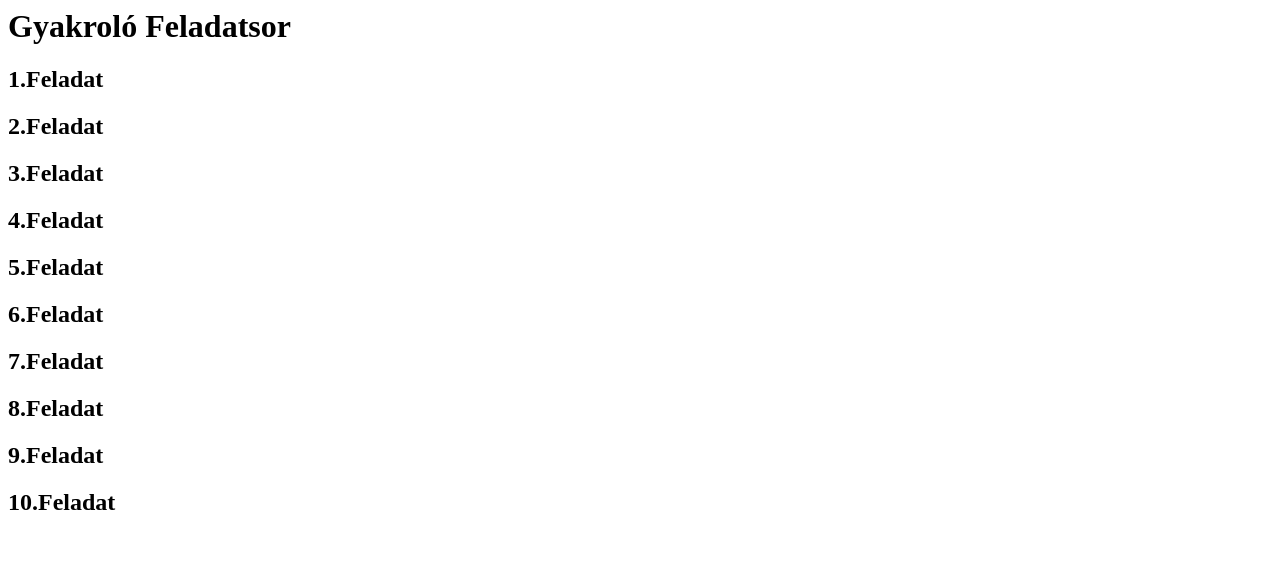
Repository: doomhyena/htdocs
Page: http://localhost/00.Home/02.masodikresz.php
The author's editor kept a copy of each file at every save. The page is drawn from the files as they stood at one save, then again after the next save.
The browser window is 1280 px wide. The pictures show the whole page.
The page is run by PHP 8.4 with error messages shown; the project is at /var/www/html/.

Above is the page before, as saved 2024-09-17 14:53:48.

### 00.Home/02.masodikresz.php
<?php

echo "<h1> Gyakroló Feladatsor </h1>";

echo "<h2> 1.Feladat </h2>";

$x = 10;
$y = 20;



echo "<h2> 2.Feladat </h2>";



echo "<h2> 3.Feladat </h2>";



echo "<h2> 4.Feladat </h2>";



echo "<h2> 5.Feladat </h2>";



echo "<h2> 6.Feladat </h2>";



echo "<h2> 7.Feladat </h2>";



echo "<h2> 8.Feladat </h2>";



echo "<h2> 9.Feladat </h2>";



echo "<h2> 10.Feladat </h2>";



?>

After the next save:
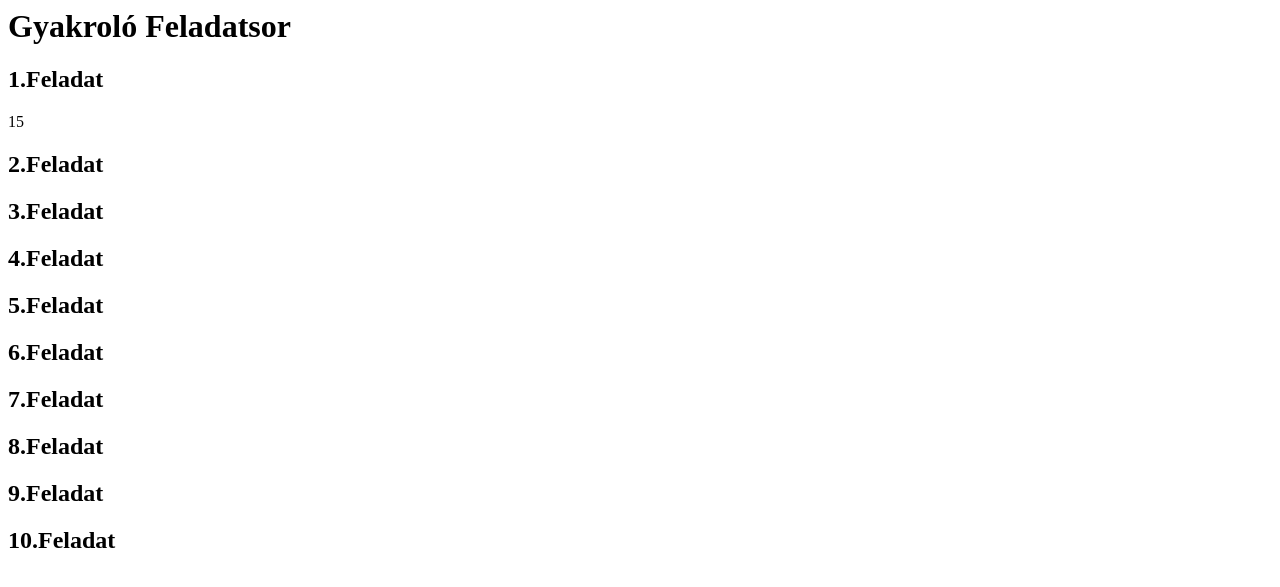
Saved 87 s later.
--- a/00.Home/02.masodikresz.php
+++ b/00.Home/02.masodikresz.php
@@ -7,7 +7,9 @@ echo "<h2> 1.Feladat </h2>";
 $x = 10;
 $y = 20;
 
+$eredmeny = ($x + $y) / 2;
 
+echo "$eredmeny";
 
 echo "<h2> 2.Feladat </h2>";
 
